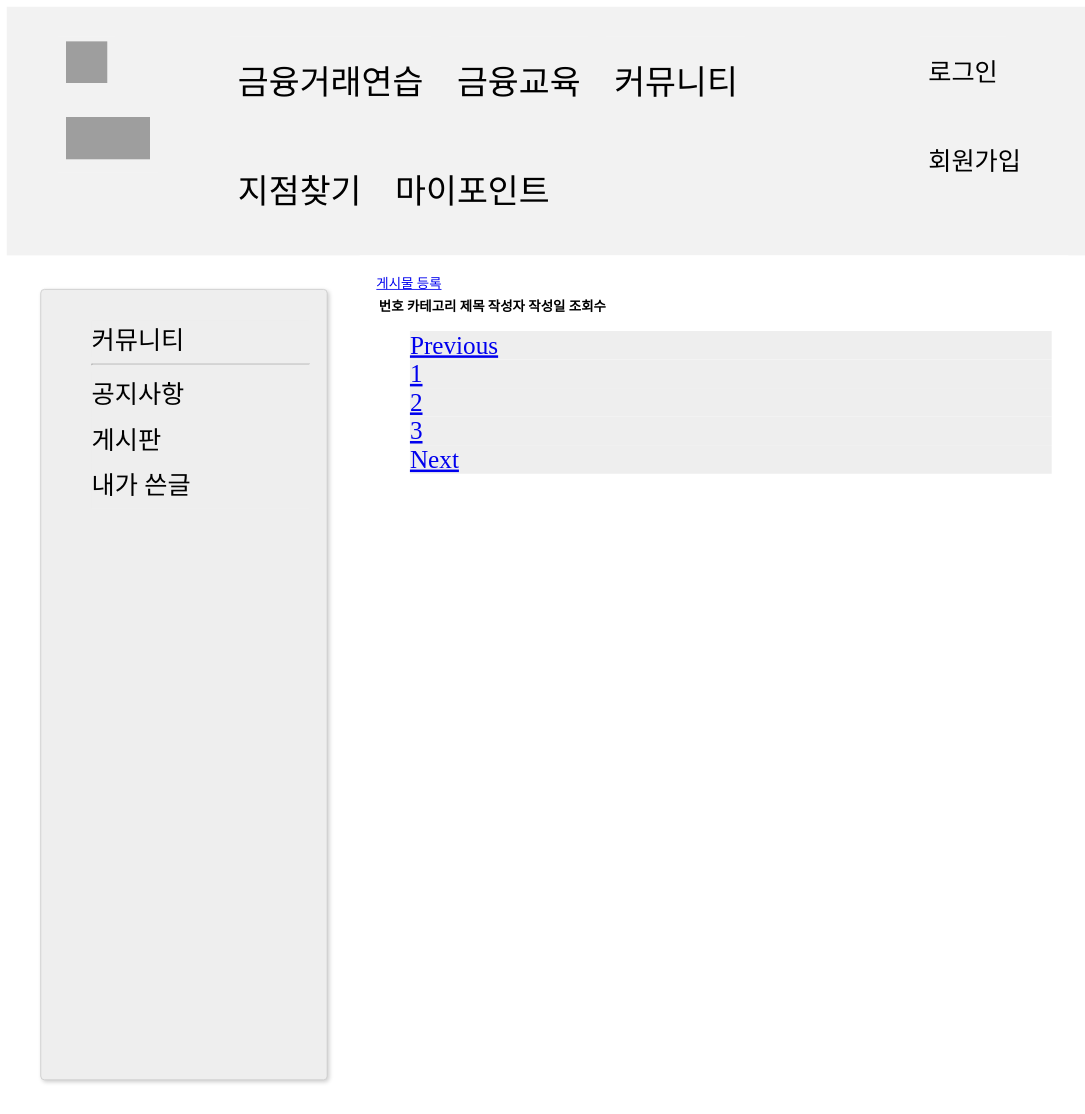
Repository: syc98syc/KB04_TeamProject
Page: http://localhost/jgig/WEB-INF/jsp/board/list.jsp
An editor plug-in stored every save of this project. The page is shown before and after the next save, followed by the edit.
The browser window is 1280 px wide. The page is 1292 px wide, then 1280 px, so the pictures cover 1292 px, including what lies to the right of the window. The pictures show the whole page, at 84% of full size.
Pictures or frames that could not be fetched are drawn as grey boxes. Some web fonts or font styles are not loaded; a fallback is used. The page is served by Tomcat 9. Nobody is signed in. The template is opened directly, without the code that normally fills it, so the values that code supplies are empty.

Above is the page before, as saved 2023-09-07 01:34:56.

After the next save:
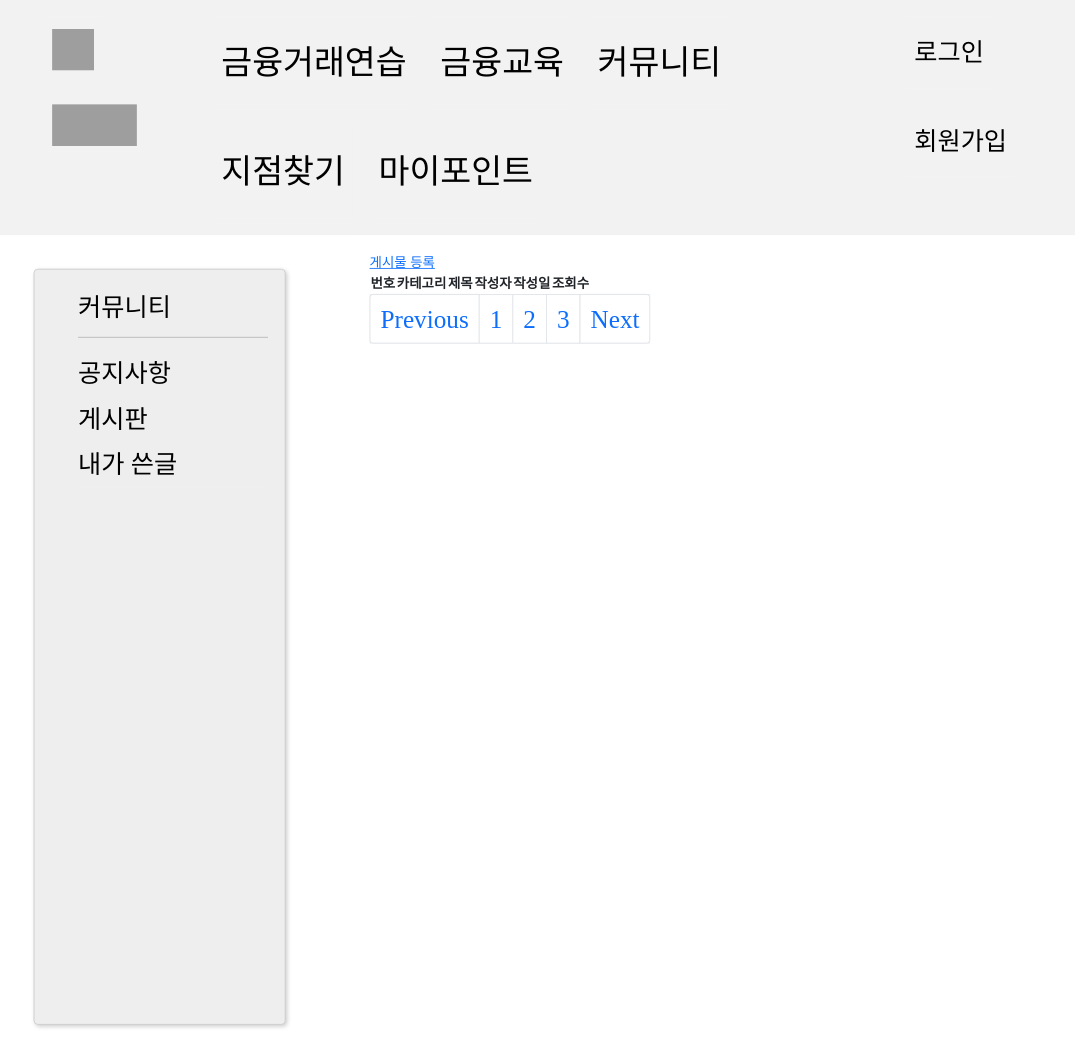
Saved 54 s later.
--- a/jgig/src/main/webapp/WEB-INF/jsp/board/list.jsp
+++ b/jgig/src/main/webapp/WEB-INF/jsp/board/list.jsp
@@ -4,6 +4,7 @@
 <!DOCTYPE html>
 <html>
 <head>
+<link href="https://cdn.jsdelivr.net/npm/bootstrap@5.0.2/dist/css/bootstrap.min.css" rel="stylesheet" integrity="sha384-EVSTQN3/azprG1Anm3QDgpJLIm9Nao0Yz1ztcQTwFspd3yD65VohhpuuCOmLASjC" crossorigin="anonymous">
 <meta charset="UTF-8">
 <title>웹게시물 목록</title>
 <style>
